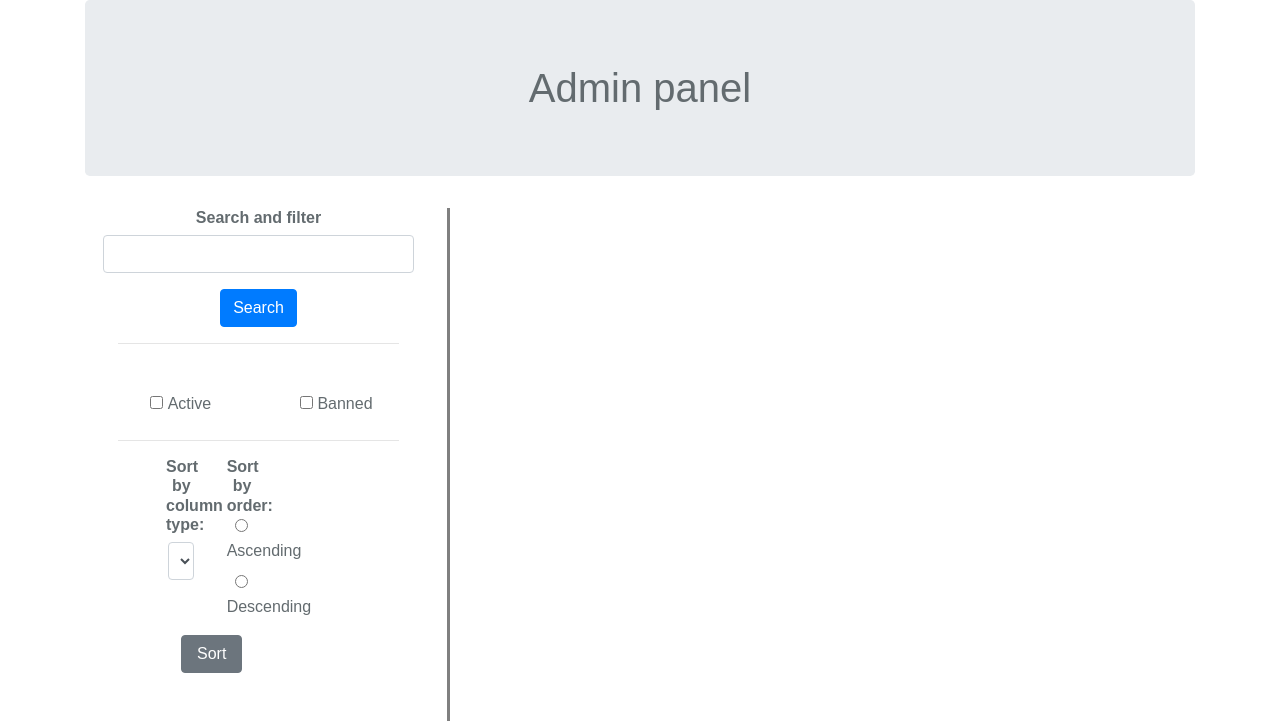
Repository: WOLVGVNG/gameclan
Page: resources/views/admin_panel.blade.php
The author's editor kept a copy of each file at every save. The page is drawn from the files as they stood at one save, then again after the next save.
The browser window is 1280 px wide. The pictures show the whole page.
The page is served by the project's Laravel application, run on PHP 8.4 with Laravel 8. Other server files are loaded and not shown. The template is opened directly, without the code that normally fills it, so the values that code supplies are empty.

Above is the page before, as saved 2019-03-20 19:17:38.

### routes/web.php
<?php

/*
|--------------------------------------------------------------------------
| Web Routes
|--------------------------------------------------------------------------
|
| Here is where you can register web routes for your application. These
| routes are loaded by the RouteServiceProvider within a group which
| contains the "web" middleware group. Now create something great!
|
*/

Route::get('/', 'AdminPanelController@index');

### resources/views/admin_panel.blade.php
@extends('layout.app')
@section('content')
<div class='container text-center'>
    <h1 class='jumbotron'>Admin panel</h1>
    <form action='/' method='GET'>
        <div class='row'>
            <div class='col-md-4 px-4 px-md-5' style='border-right: 3px solid gray'>
                <!-----------------------------SZUKANIE---------------------------->
                <div class='row'>
                    <h6 class='font-weight-bold mx-auto'>Search and filter</h6>
                    <input type='text' class='form-control' name='search' value='{{ session('search') }}'>
                </div>
                <div class='row'>
                    <button type='submit' class='btn btn-primary mt-3 mx-auto'>Search</button>
                </div>
                <hr>

                <!-----------------------------FILTROWANIE---------------------------->
                <div class='row mt-5'>
                    <div class='col'>
                        <input type='checkbox' name='filter_active' id='active' value=true @if(session('filter_active')==true) echo checked @endif>
                        <label for='active'>Active</label>
                    </div>
                    <div class='col'>
                        <input type='checkbox' name='filter_banned' id='banned' value=true @if(session('filter_banned')==true) echo checked @endif>
                        <label for='banned'>Banned</label>
                    </div>
                </div>
                <hr>
                <div class-''
            </div>

            <div class='col-md-8 px-4 px-md-5'>
                <!-----------------------------SORTOWANIE---------------------------->
                <div class='row'>
                    <div class='col-sm-6'>
                        <h6 class='font-weight-bold mt-4 mt-md-0'>Sort by column type:</h6>
                        <select class='form-control w-50 mx-auto' name='sort_type' value='{{ session('sort_type') }}'>
                            {{--<option>{{ session('sort_type') }}</option>--}}
                            <option value='id' @if(session('sort_type') == 'id') echo selected @endif>Id</option>
                            <option value='user_name' @if(session('sort_type') == 'user_name') echo selected @endif>User name</option>
                            <option value='email' @if(session('sort_type') == 'email') echo selected @endif>E-mail</option>
                            <option value='notifiable_email' @if(session('sort_type') == 'notifiable_email') echo selected @endif>Notifiable email</option>
                            <option value='email_verified_at' @if(session('sort_type') == 'email_verified_at') echo selected @endif>Email verification date</option>
                            <option value='points' @if(session('sort_type') == 'points') echo selected @endif>Points</option>
                            <option value='steam_id' @if(session('sort_type') == 'steam_id') echo selected @endif>Steam id</option>
                            <option value='facebook_id' @if(session('sort_type') == 'facebook_id') echo selected @endif>Facebook id</option>
                            <option value='google_id' @if(session('sort_type') == 'google_id') echo selected @endif>google id</option>
                            <option value='geo' @if(session('sort_type') == 'geo') echo selected @endif>Country</option>
                            <option value='lang' @if(session('sort_type') == 'lang') echo selected @endif>Language</option>
                            <option value='ref' @if(session('sort_type') == 'ref') echo selected @endif>Ref</option>
                            <option value='ref_status' @if(session('sort_type') == 'ref_status') echo selected @endif>Ref status</option>
                            <option value='ref_code' @if(session('sort_type') == 'ref_code') echo selected @endif>Ref code</option>
                            <option value='deleted_at' @if(session('sort_type') == 'deleted_at') echo selected @endif>The date of removal</option>
                            <option value='created_at' @if(session('sort_type') == 'created_at') echo selected @endif>Creation date</option>
                            <option value='updated_at' @if(session('sort_type') == 'updated_at') echo selected @endif>Update date</option>
                        </select>
                    </div>
                    <div class='col-sm-6'>
                        <h6 class='font-weight-bold my-4 my-md-0'>Sort by order:</h6>
                        <input type='radio' name='sort_order' value='asc' id='asc'
                                @if(session('sort_order') == 'asc') echo checked @endif>
                        <label for='asc'>Ascending</label>
                        <br>
                        <input type='radio' name='sort_order' value='desc' id='desc'
                                @if(session('sort_order') == 'desc') echo checked @endif>
                        <label for='desc'>Descending</label>
                    </div>
                </div>
                <div class='col mt-2 mb-5'>
                    <button type='submit' class='btn btn-block btn-secondary'>Sort</button>
                </div>
            </form>

            <!-----------------------------WYŚWIETLANIE---------------------------->
            @foreach($users as $user)
                <div class='row mb-5'>
                    <div class='user-part-div col'>
                        <p class='font-weight-bold'>id</p>
                        <p>{{$user->id}}</p>
                    </div>
                    <div class='user-part-div col'>
                        <p class='font-weight-bold'>user_name</p>
                        <p>{{$user->user_name}}</p>
                    </div>
                    <div class='user-part-div col'>
                        <p class='font-weight-bold'>email</p>
                        <p>{{$user->email}}</p>
                    </div>
                    @if(isset($user->email_verified_at))
                        <div class='user-part-div col'>
                            <p class='font-weight-bold'>email_verified_at</p>
                            <p>{{$user->email_verified_at}}</p>
                        </div>
                    @endif
                    @if(isset($user->email_verified_at))
                        <div class='user-part-div col'>
                            <p class='font-weight-bold'>remember_token</p>
                            <p>{{$user->remember_token}}</p>
                        </div>
                    @endif
                    <div class='user-part-div col'>
                        <p class='font-weight-bold'>avatar</p>
                        <p>{{$user->avatar}}</p>
                    </div>
                    <div class='user-part-div col'>
                        <p class='font-weight-bold'>points</p>
                        <p>{{$user->points}}</p>
                    </div>
                    @if(isset($user->steam_id))
                        <div class='user-part-div col'>
                            <p class='font-weight-bold'>steam_id</p>
                            <p>{{$user->steam_id}}</p>
                        </div>
                    @endif
                    @if(isset($user->facebook_id))
                        <div class='user-part-div col'>
                            <p class='font-weight-bold'>facebook_id</p>
                            <p>{{$user->facebook_id}}</p>
                        </div>
                    @endif
                    @if(isset($user->google_id))
                        <div class='user-part-div col'>
                            <p class='font-weight-bold'>google_id</p>
                            <p>{{$user->google_id}}</p>
                        </div>
                    @endif
                    <div class='user-part-div col'>
                        <p class='font-weight-bold'>geo</p>
                        <p>{{$user->geo}}</p>
                    </div>
                    <div class='user-part-div col'>
                        <p class='font-weight-bold'>lang</p>
                        <p>{{$user->lang}}</p>
                    </div>
                    @if(isset($user->ref))
                        <div class='user-part-div col'>
                            <p class='font-weight-bold'>ref</p>
                            <p>{{$user->ref}}</p>
                        </div>
                    @endif
                    @if(isset($user->ref_status))
                        <div class='user-part-div col'>
                            <p class='font-weight-bold'>ref_status</p>
                            <p>{{$user->ref_status}}</p>
                        </div>
                    @endif
                    <div class='user-part-div col'>
                        <p class='font-weight-bold'>ref_code</p>
                        <p>{{$user->ref_code}}</p>
                    </div>
                    @if(isset($user->deleted_at))
                        <div class='user-part-div col'>
                            <p class='font-weight-bold'>deleted_at</p>
                            <p>{{$user->deleted_at}}</p>
                        </div>
                    @endif
                    <div class='user-part-div col'>
                        <p class='font-weight-bold'>created_at</p>
                        <p>{{$user->created_at}}</p>
                    </div>
                    @if(isset($user->updated_at))
                        <div class='user-part-div col'>
                            <p class='font-weight-bold'>updated_at</p>
                            <p>{{$user->updated_at}}</p>
                        </div>
                    @endif
                </div>
            @endforeach
        </div>
    </div>

    <!-----------------------------PAGINACJA---------------------------->
    <div class='row'>
        <div class='mx-auto'>
            {{ $users->links() }}
        </div>
    </div>
</div>
@endsection

### resources/views/layout/app.blade.php
<!doctype html>
<html lang="{{ str_replace('_', '-', app()->getLocale()) }}">
    <head>
        <meta charset="utf-8">
        <meta name="viewport" content="width=device-width, initial-scale=1">

        <title>Laravel</title>

        <link rel="stylesheet" href="https://stackpath.bootstrapcdn.com/bootstrap/4.3.1/css/bootstrap.min.css" integrity="sha384-ggOyR0iXCbMQv3Xipma34MD+dH/1fQ784/j6cY/iJTQUOhcWr7x9JvoRxT2MZw1T" crossorigin="anonymous">

        <style>
            html, body {
                background-color: #fff;
                color: #636b6f;
                font-family: 'Nunito', sans-serif;
                font-weight: 200;
                height: 100vh;
                margin: 0;
            }

            .user-part-div {
                border: 3px solid gray;
            }
        </style>
    </head>
    <body>
        @yield('content')

    </body>
</html>

After the next save:
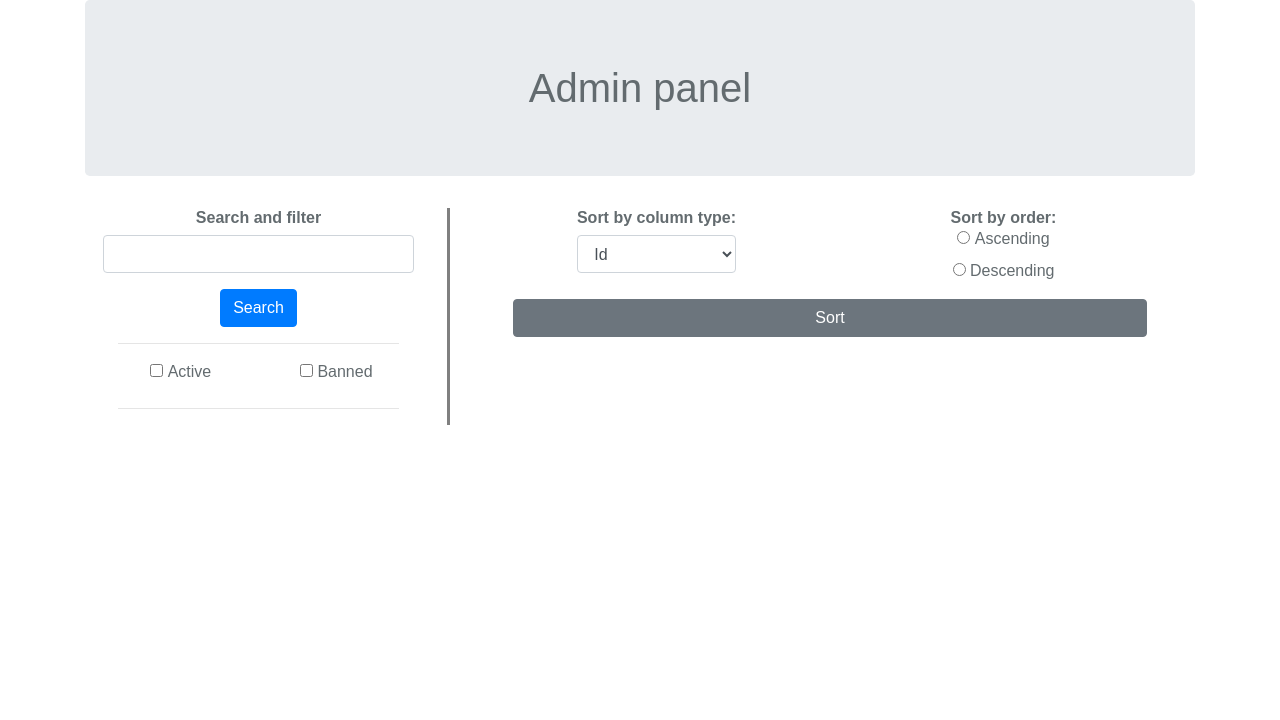
Saved 6 s later.
--- a/resources/views/admin_panel.blade.php
+++ b/resources/views/admin_panel.blade.php
@@ -16,7 +16,7 @@
                 <hr>
 
                 <!-----------------------------FILTROWANIE---------------------------->
-                <div class='row mt-5'>
+                <div class='row'>
                     <div class='col'>
                         <input type='checkbox' name='filter_active' id='active' value=true @if(session('filter_active')==true) echo checked @endif>
                         <label for='active'>Active</label>
@@ -27,7 +27,6 @@
                     </div>
                 </div>
                 <hr>
-                <div class-''
             </div>
 
             <div class='col-md-8 px-4 px-md-5'>
